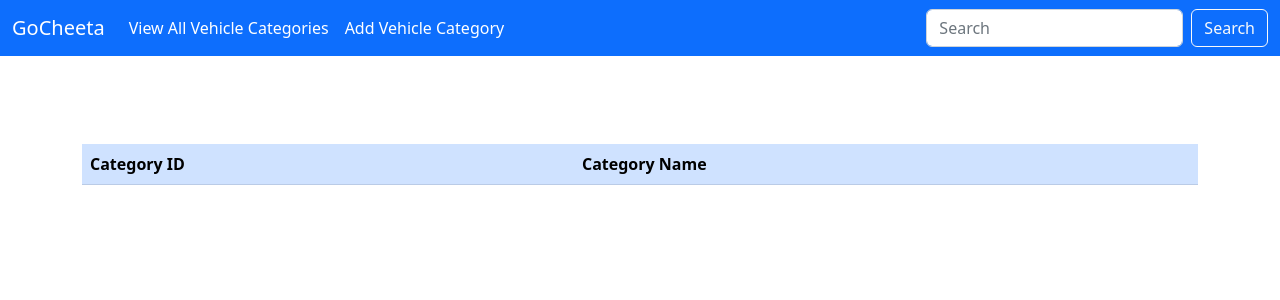
Repository: laksara20/gocheeta
Page: http://localhost/gocheeta-online/VehicleCategory?type=add
These files come from the project's save history. The page is drawn as it stood at one moment and after the next save; the edit follows.
The browser window is 1280 px wide. The pictures show the whole page.
The page is served by Tomcat 9. Other server files are loaded and not shown. Queries for data that is not in the repository find no rows.

Above is the page before, as saved 2022-09-16 14:07:32.

### gocheeta-online/src/main/webapp/gocheeta-vehiclecategories.jsp
<%@ page language="java" contentType="text/html; charset=ISO-8859-1"
	pageEncoding="ISO-8859-1" isELIgnored="false"%>

<%@ taglib prefix="tag" uri="http://java.sun.com/jsp/jstl/core"%>

<!DOCTYPE html>

<html>
<head>
<!-- Latest compiled and minified CSS -->
<link
	href="https://cdn.jsdelivr.net/npm/bootstrap@5.2.1/dist/css/bootstrap.min.css"
	rel="stylesheet">

<!-- Latest compiled JavaScript -->
<script
	src="https://cdn.jsdelivr.net/npm/bootstrap@5.2.1/dist/js/bootstrap.bundle.min.js"></script>
<meta charset="ISO-8859-1">
<title>GoCheeta</title>
</head>
<body>
	<nav class="navbar navbar-expand-lg navbar-dark bg-primary">
		<div class="container-fluid">
			<a class="navbar-brand" href="#">GoCheeta</a>
			<button class="navbar-toggler" type="button"
				data-bs-toggle="collapse" data-bs-target="#navbarSupportedContent"
				aria-controls="navbarSupportedContent" aria-expanded="false"
				aria-label="Toggle navigation">
				<span class="navbar-toggler-icon"></span>
			</button>
			<div class="collapse navbar-collapse" id="navbarSupportedContent">
				<ul class="navbar-nav me-auto mb-2 mb-lg-0">
					<li class="nav-item"><a class="nav-link active"
						aria-current="page" href="#">View All Vehicle Categories</a></li>
					<li class="nav-item"><a class="nav-link active" href="#">Add
							Vehicle Category</a></li>
				</ul>
				<form class="d-flex" role="search">
					<input class="form-control me-2" type="search" placeholder="Search"
						aria-label="Search" name="vcid" id="vcid">
					<button class="btn btn-outline-light" type="submit">Search</button>
				</form>
			</div>
		</div>
	</nav>

	<br />
	<p style = "color:red;">${errormsg}</p>
	<br />
	<br />
	<div class="container">
		<table class="table table-striped">
			<thead>
				<tr class="table-primary">
					<th scope="col">Category ID</th>
					<th scope="col">Category Name</th>
				</tr>
			</thead>
			<tbody>
				<tag:forEach var="vehicleCategory" items="${vehicleCategoryList}">
					<tr>
						<td>${vehicleCategory.categoryID}</td>
						<td>${vehicleCategory.categoryName}</td>
					</tr>
				</tag:forEach>
			</tbody>
		</table>
	</div>


</body>
</html>

### gocheeta-online/src/main/java/com/laksara/gocheeta/controller/VehicleCategoryController.java
package com.laksara.gocheeta.controller;

import java.io.IOException;
import java.sql.SQLException;
import java.util.ArrayList;
import java.util.List;

import javax.servlet.RequestDispatcher;
import javax.servlet.ServletException;
import javax.servlet.http.HttpServlet;
import javax.servlet.http.HttpServletRequest;
import javax.servlet.http.HttpServletResponse;
import javax.servlet.http.HttpSession;

import com.laksara.gocheeta.model.VehicleCategory;
import com.laksara.gocheeta.service.VehicleCategoryService;

public class VehicleCategoryController extends HttpServlet {
	private static final long serialVersionUID = 1L;
	VehicleCategoryService vehicleCategoryService;
	String errormsg;

	public VehicleCategoryController() {
		vehicleCategoryService = VehicleCategoryService.getVehicleCategoryService();
	}

	protected void doGet(HttpServletRequest request, HttpServletResponse response)
			throws ServletException, IOException {
		String categoryID = request.getParameter("vcid");
		if (categoryID != null) {
			launchSpecificVehicleCategory(request, response);
		} else {
			launchAllVehicleCategories(request, response);
		}

	}

	protected void doPost(HttpServletRequest request, HttpServletResponse response)
			throws ServletException, IOException {

	}

	private void launchSpecificVehicleCategory(HttpServletRequest request, HttpServletResponse response) throws IOException {

		clearMessage();

		String categoryID = request.getParameter("vcid");
		VehicleCategory vehicleCategory = new VehicleCategory();


			try {
				vehicleCategory = vehicleCategoryService.getVehicleCategory(categoryID);
			} catch (ClassNotFoundException | SQLException e) {
				errormsg = e.getMessage();
			}

		HttpSession session = request.getSession();
		session.setAttribute("errormsg", errormsg);
		session.setAttribute("vehicleCategory", vehicleCategory);


		response.sendRedirect("gocheeta-managevehiclecategories.jsp");

	}

	private void launchAllVehicleCategories(HttpServletRequest request, HttpServletResponse response)
			throws ServletException, IOException {

		List<VehicleCategory> vehicleCategoryList;

		clearMessage();

		try {
			vehicleCategoryList = vehicleCategoryService.getVehicleCategories();
		} catch (ClassNotFoundException | SQLException e) {
			errormsg = e.getMessage();
			vehicleCategoryList = new ArrayList<VehicleCategory>();
		}

		request.setAttribute("vehicleCategoryList", vehicleCategoryList);
		request.setAttribute("errormsg", errormsg);

		RequestDispatcher rd = request.getRequestDispatcher("gocheeta-vehiclecategories.jsp");
		rd.forward(request, response);
	}

	private void clearMessage() {
		errormsg = "";
	}

}

### gocheeta-online/src/main/java/com/laksara/gocheeta/dao/VehicleCategoryFactory.java
package com.laksara.gocheeta.dao;

public class VehicleCategoryFactory {
	public static VehicleCategoryManager getVehicleCategoryManagerInstance() {
		return new VehicleCategoryManagerImpl();

	}
}

### gocheeta-online/src/main/java/com/laksara/gocheeta/dao/VehicleCategoryManager.java
package com.laksara.gocheeta.dao;

import java.sql.SQLException;
import java.util.List;

import com.laksara.gocheeta.model.VehicleCategory;

public interface VehicleCategoryManager {
	public boolean addVehicleCategory(VehicleCategory vehicleCategory) throws ClassNotFoundException, SQLException;
	public VehicleCategory getVehicleCategory(String categoryID) throws ClassNotFoundException, SQLException;
	public List<VehicleCategory> getVehicleCategories() throws ClassNotFoundException, SQLException;
	public boolean updateVehicleCategory(VehicleCategory vehicleCategory) throws ClassNotFoundException, SQLException;
	public boolean deleteVehicleCategory(String categoryID) throws ClassNotFoundException, SQLException;

}

### gocheeta-online/src/main/java/com/laksara/gocheeta/dao/VehicleCategoryManagerImpl.java
package com.laksara.gocheeta.dao;

import java.sql.Connection;
import java.sql.DriverManager;
import java.sql.PreparedStatement;
import java.sql.ResultSet;
import java.sql.SQLException;
import java.sql.Statement;
import java.util.ArrayList;
import java.util.List;

import com.laksara.gocheeta.model.VehicleCategory;

public class VehicleCategoryManagerImpl implements VehicleCategoryManager {

	/*
	 * 1. Import the Package 2. Load the Driver 3. Establish the connection 4.
	 * Create the statement 5. Execute the query 6. Process the result 7. Close the
	 * connection and the statement
	 */

	private Connection getConnection() throws ClassNotFoundException, SQLException {
		MySQLDBConnectorImpl mysql = new MySQLDBConnectorImpl();
		return mysql.getConnection();

	}

	public boolean addVehicleCategory(VehicleCategory vehicleCategory) throws ClassNotFoundException, SQLException {
		Connection connection = getConnection();

		String query = "INSERT INTO vehicle_category(categoryID,categoryName) VALUES(?,?)";
		PreparedStatement ps = connection.prepareStatement(query);
		ps.setString(1, vehicleCategory.getCategoryID());
		ps.setString(2, vehicleCategory.getCategoryName());

		int result = ps.executeUpdate();
		connection.close();

		return result > 0;
	}

	public VehicleCategory getVehicleCategory(String categoryID) throws ClassNotFoundException, SQLException {
		Connection connection = getConnection();
		String query = "SELECT * FROM vehicle_category WHERE categoryID = ?";
		PreparedStatement ps = connection.prepareStatement(query);
		ps.setString(1, categoryID);

		ResultSet rs = ps.executeQuery();

		VehicleCategory vehicleCategory = new VehicleCategory();

		while(rs.next()) {
			vehicleCategory.setCategoryID(rs.getString("categoryID"));
			vehicleCategory.setCategoryName(rs.getString("categoryName"));
		}

		ps.close();
		connection.close();

		return vehicleCategory;
	}

	public List<VehicleCategory> getVehicleCategories() throws ClassNotFoundException, SQLException {
		Connection connection = getConnection();
		String query = "SELECT * FROM vehicle_category";
		Statement st = connection.createStatement();
		ResultSet rs = st.executeQuery(query);

		List<VehicleCategory> vehicleCategoryList  = new ArrayList();


		while(rs.next()) {
			VehicleCategory vehicleCategory = new VehicleCategory();
			vehicleCategory.setCategoryID(rs.getString("categoryID"));
			vehicleCategory.setCategoryName(rs.getString("categoryName"));

			vehicleCategoryList.add(vehicleCategory);
		}

		st.close();
		connection.close();

		return vehicleCategoryList;
	}

	public boolean updateVehicleCategory(VehicleCategory vehicleCategory) throws ClassNotFoundException, SQLException {
		Connection connection = getConnection();
		String query = "UPDATE vehicle_category SET categoryName = ? WHERE categoryID = ?";

		PreparedStatement ps = connection.prepareStatement(query);
		ps.setString(1,vehicleCategory.getCategoryName());
		ps.setString(2, vehicleCategory.getCategoryID());

		int result = ps.executeUpdate();
		ps.close();
		connection.close();

		return result > 0;
	}

	public boolean deleteVehicleCategory(String categoryID) throws ClassNotFoundException, SQLException {
		Connection connection = getConnection();
		String query = "DELETE FROM vehicle_category WHERE categoryID = ?";

		PreparedStatement ps = connection.prepareStatement(query);
		ps.setString(1,categoryID);

		int result = ps.executeUpdate();
		ps.close();
		connection.close();

		return result > 0;
	}

}

### gocheeta-online/src/main/java/com/laksara/gocheeta/dao/DBConnector.java
package com.laksara.gocheeta.dao;

import java.sql.Connection;
import java.sql.SQLException;

public interface DBConnector {
	public Connection getConnection() throws ClassNotFoundException, SQLException;

}

### gocheeta-online/src/main/java/com/laksara/gocheeta/dao/MySQLDBConnectorImpl.java
package com.laksara.gocheeta.dao;

import java.sql.Connection;
import java.sql.DriverManager;
import java.sql.SQLException;

public class MySQLDBConnectorImpl implements DBConnector {

	@Override
	public Connection getConnection() throws ClassNotFoundException, SQLException {
		Class.forName("com.mysql.cj.jdbc.Driver");
		String url = "jdbc:mysql://localhost:3306/gocheeta";
		String username = "root";
		String password = "password";
		Connection connection = DriverManager.getConnection(url, username, password);
		return connection;
	}

}

After the next save:
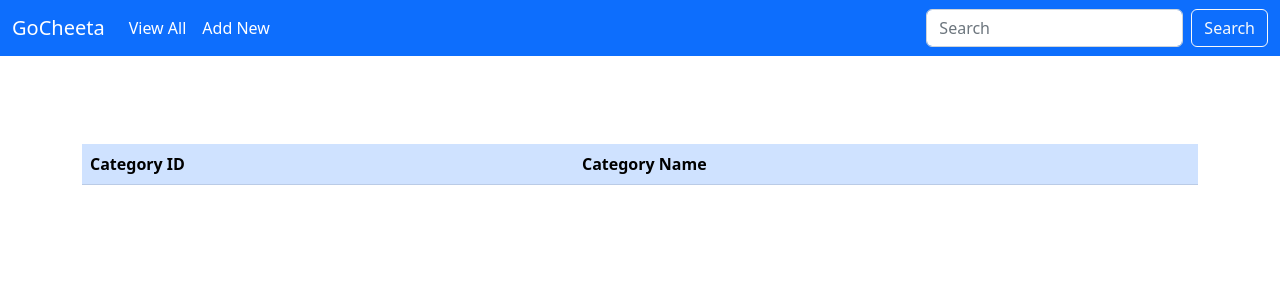
Saved 2 min 10 s later.
--- a/gocheeta-online/src/main/webapp/gocheeta-vehiclecategories.jsp
+++ b/gocheeta-online/src/main/webapp/gocheeta-vehiclecategories.jsp
@@ -16,7 +16,7 @@
 <script
 	src="https://cdn.jsdelivr.net/npm/bootstrap@5.2.1/dist/js/bootstrap.bundle.min.js"></script>
 <meta charset="ISO-8859-1">
-<title>GoCheeta</title>
+<title>Vehicle Categories</title>
 </head>
 <body>
 	<nav class="navbar navbar-expand-lg navbar-dark bg-primary">
@@ -31,9 +31,9 @@
 			<div class="collapse navbar-collapse" id="navbarSupportedContent">
 				<ul class="navbar-nav me-auto mb-2 mb-lg-0">
 					<li class="nav-item"><a class="nav-link active"
-						aria-current="page" href="#">View All Vehicle Categories</a></li>
+						aria-current="page" href="#">View All</a></li>
 					<li class="nav-item"><a class="nav-link active" href="#">Add
-							Vehicle Category</a></li>
+							New</a></li>
 				</ul>
 				<form class="d-flex" role="search">
 					<input class="form-control me-2" type="search" placeholder="Search"
